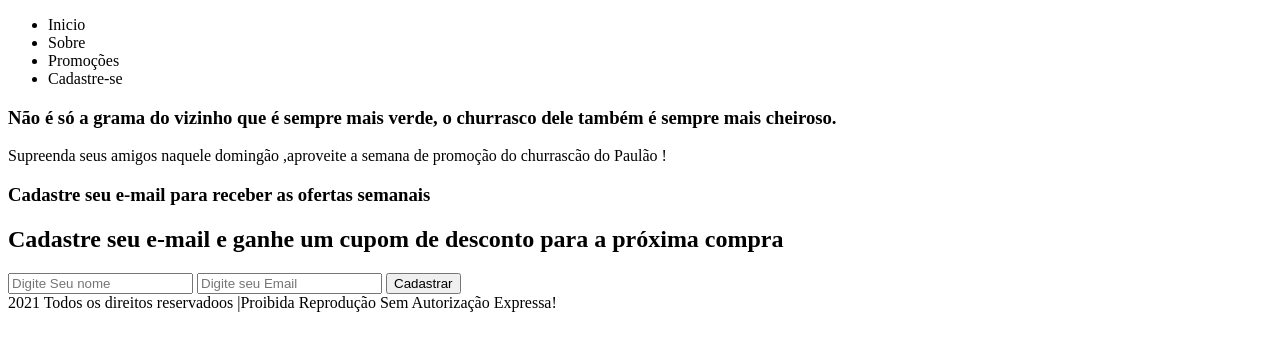
Repository: PauloMarquess/ProjetoBlackFriday
Page: index.html
An editor plug-in stored every save of this project. The page is shown before and after the next save, followed by the edit.
The browser window is 1280 px wide. The pictures show the whole page.

Above is the page before, as saved 2021-07-15 13:29:56.

After the next save:
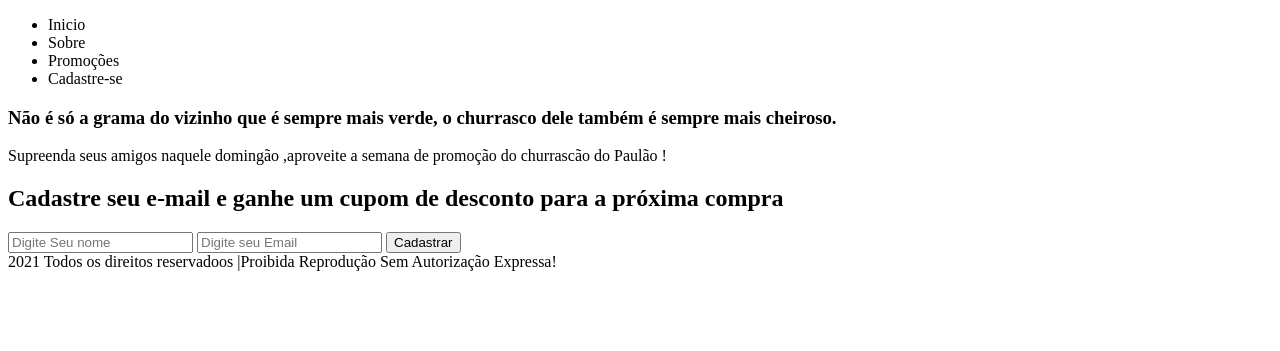
Saved 41 s later.
--- a/index.html
+++ b/index.html
@@ -16,7 +16,7 @@
     <section>
         <h3>Não é só a grama do vizinho que é sempre mais verde, o churrasco dele também é sempre mais cheiroso.</h3>
         <p>Supreenda seus amigos naquele domingão ,aproveite a semana de promoção do churrascão do Paulão !</p>
-        <h3>Cadastre seu e-mail para receber as ofertas semanais </h3>
+
     </section>
 
     <section>
